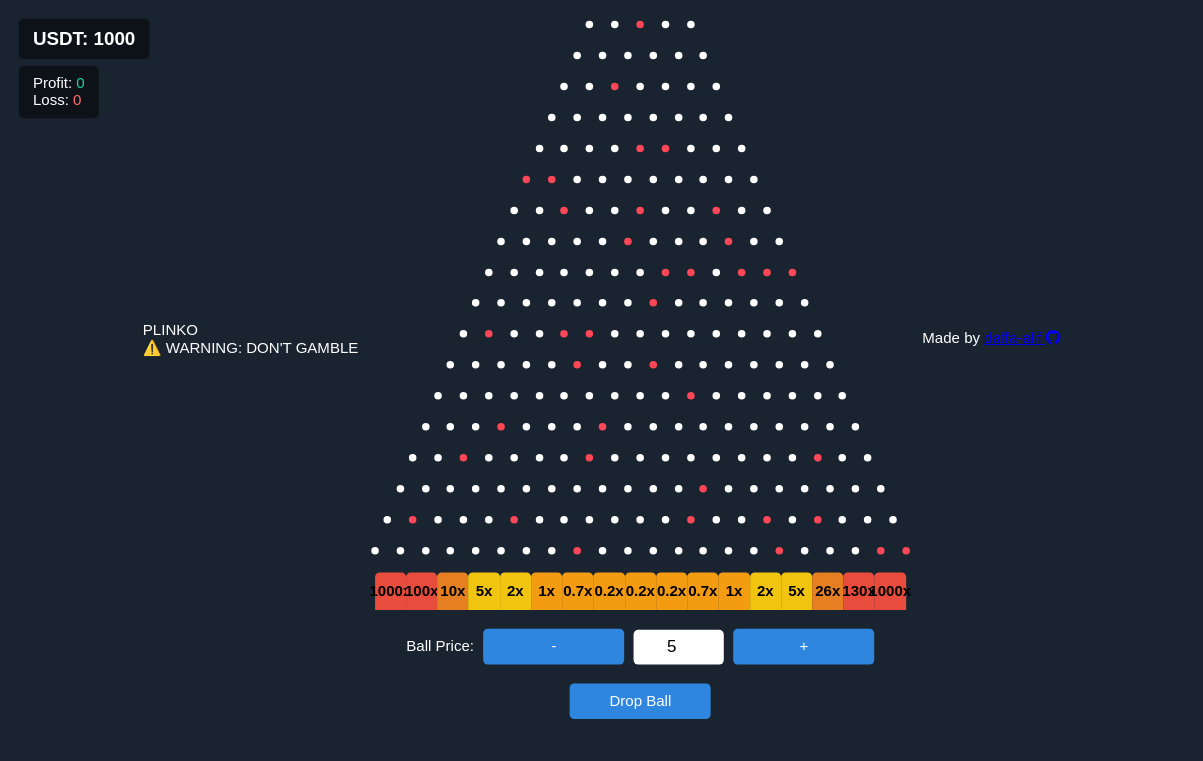
Repository: daffa-alif/PLINKO-JS
Page: index.html
An editor plug-in stored every save of this project. The page is shown before and after the next save, followed by the edit.
The browser window is 1280 px wide. The pictures show the whole page, at 94% of full size.

Above is the page before, as saved 2025-03-07 09:37:06.

After the next save:
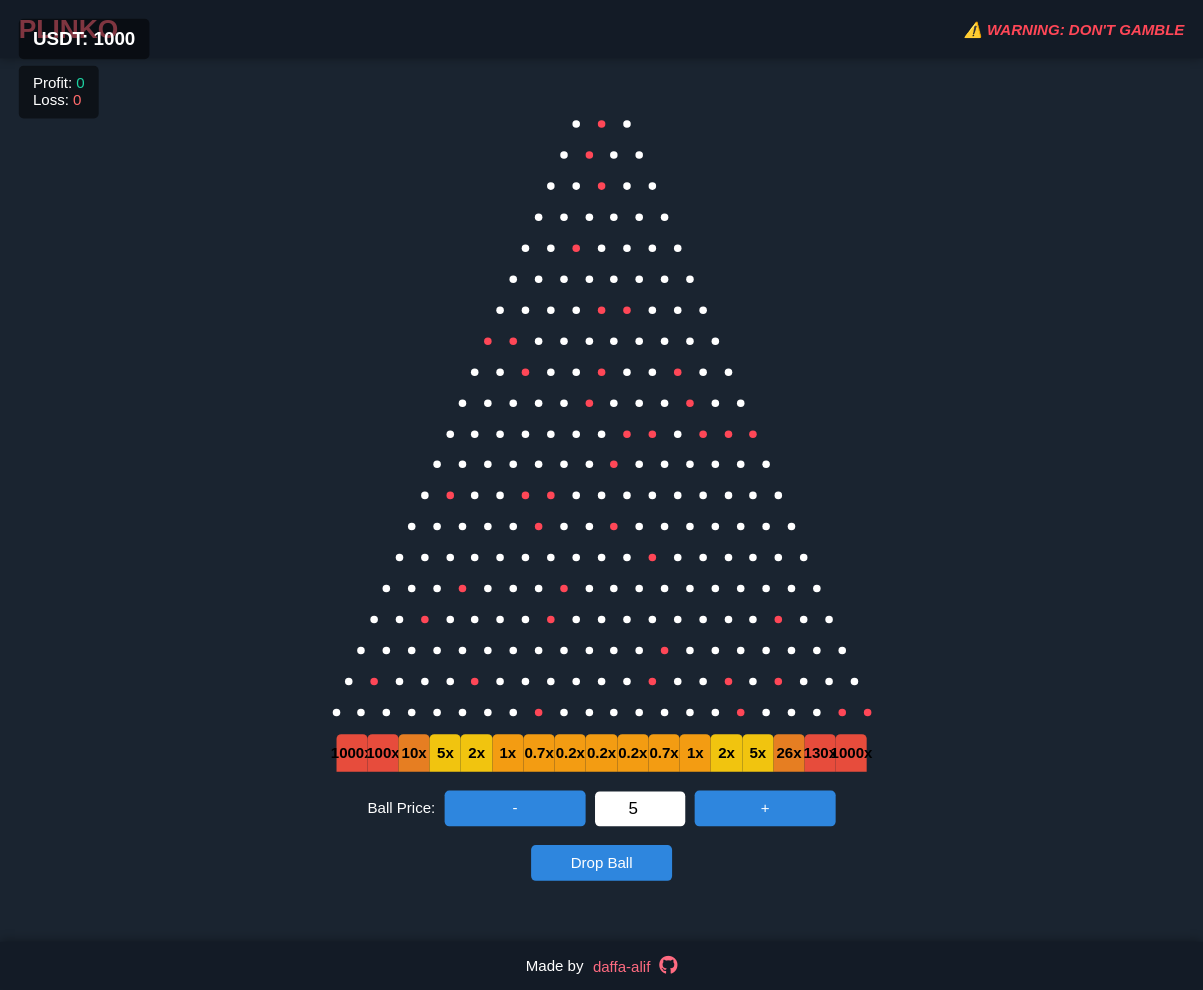
Saved 3 s later.
--- a/styles.css
+++ b/styles.css
@@ -2,18 +2,53 @@ body {
     background-color: #1a2430;
     font-family: Arial, sans-serif;
     display: flex;
-    justify-content: center;
-    align-items: center;
-    height: 100vh;
+    flex-direction: column;
+    min-height: 100vh;
     margin: 0;
     color: white;
-    overflow: hidden;
+    overflow-x: hidden;
+}
+
+/* HEADER STYLES */
+.header {
+    background-color: #131b26;
+    padding: 15px 0;
+    display: flex;
+    justify-content: space-between;
+    align-items: center;
+    width: 100%;
+    box-shadow: 0 2px 10px rgba(0, 0, 0, 0.3);
+    position: relative;
+    z-index: 100;
+}
+
+.logo {
+    font-size: 28px;
+    font-weight: bold;
+    margin-left: 20px;
+    color: #ff6b81;
+}
+
+.warning {
+    color: #ff4757;
+    font-weight: bold;
+    margin-right: 20px;
+    font-style: italic;
+}
+
+/* MAIN CONTENT STYLES */
+.main-content {
+    flex: 1;
+    display: flex;
+    justify-content: center;
+    align-items: center;
+    padding: 20px 0;
 }
 
 .container {
     position: relative;
     width: 600px;
-    height: 900px; /* Increased from 700px to 900px */
+    height: 900px;
     display: flex;
     flex-direction: column;
     align-items: center;
@@ -22,7 +57,7 @@ body {
 .plinko-board {
     position: relative;
     width: 500px;
-    height: 800px; /* Increased from 600px to 800px */
+    height: 800px;
 }
 
 .peg {
@@ -173,3 +208,34 @@ input {
         top: 20px;
     }
 }
+
+/* FOOTER STYLES */
+.footer {
+    background-color: #131b26;
+    padding: 15px 0;
+    text-align: center;
+    width: 100%;
+    box-shadow: 0 -2px 10px rgba(0, 0, 0, 0.3);
+}
+
+.footer-content {
+    display: flex;
+    justify-content: center;
+    align-items: center;
+    gap: 10px;
+}
+
+.footer-content a {
+    color: #ff6b81;
+    text-decoration: none;
+    transition: color 0.3s;
+}
+
+.footer-content a:hover {
+    color: #ff4757;
+}
+
+.github-icon {
+    font-size: 20px;
+    margin-left: 5px;
+}
